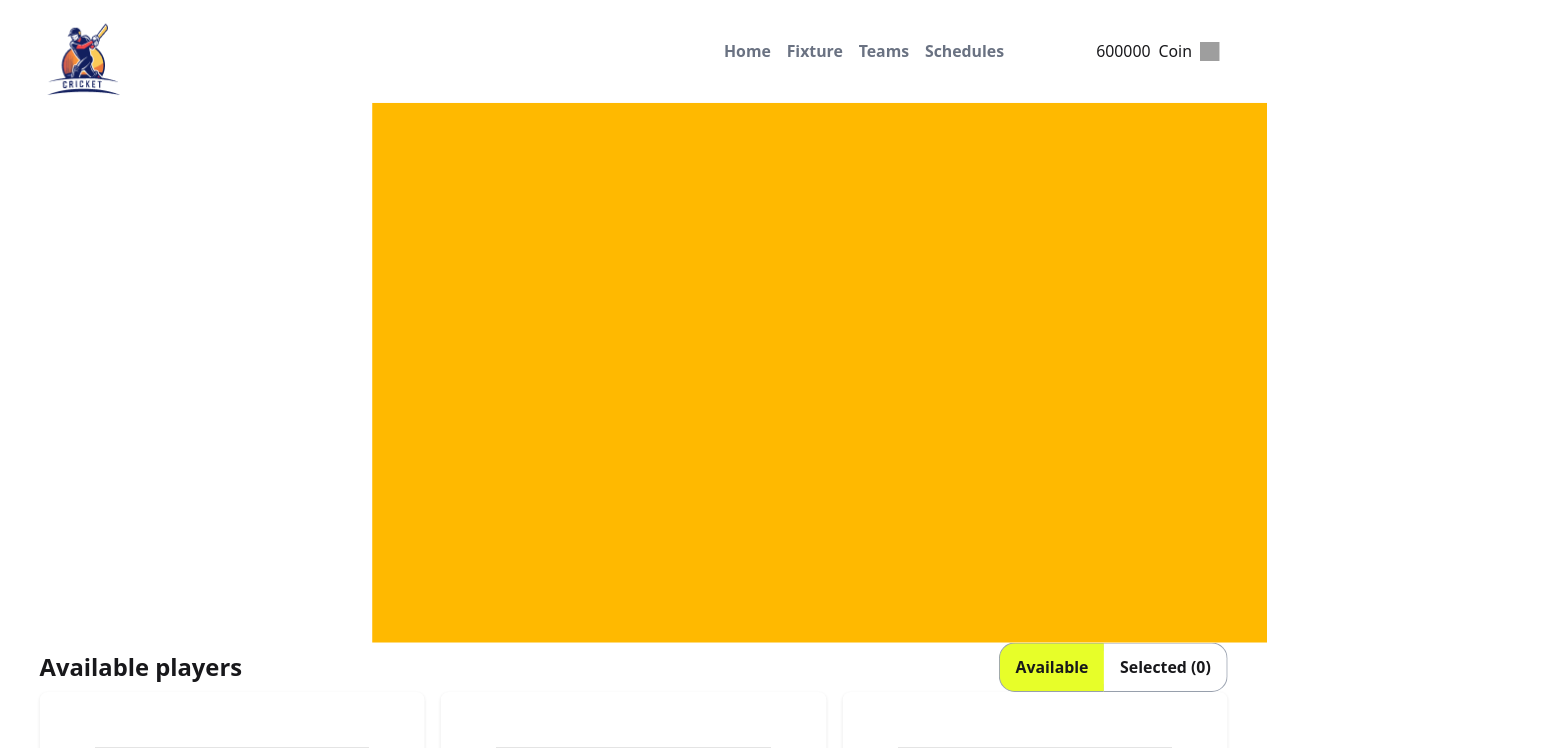
Repository: SanjidaSnigdha/Select-your-eleven
Page: /
These files come from the project's save history. The page is drawn as it stood at one moment and after the next save; the edit follows.
The browser window is 1280 px wide. The page is 1280 px wide, then 1576 px, so the pictures cover 1576 px, including what lies to the right of the window. The pictures show the part of the page from y = 0 to 756 px (the page is 3075 px tall), at 99% of full size.
Pictures or frames that could not be fetched are drawn as grey boxes. The project was rebuilt for these pictures with package versions that can differ from the ones it lists, and the page was loaded fresh each time. Also part of the build but not shown: vite.config.js, src/App.css, src/components/SelectedCard/SelectedCard.jsx, src/components/SelectedPlayers/SelectedPlayers.jsx.

Above is the page before, as saved 2026-03-21 23:22:46.

### index.html
<!doctype html>
<html lang="en" style="color-scheme: light;">
  <head>
    <meta charset="UTF-8" />
    <link rel="icon" type="image/svg+xml" href="/favicon.svg" />
    <meta name="viewport" content="width=device-width, initial-scale=1.0" />
    <title>select-your-eleven</title>
  </head>
  <body>
    <div id="root"></div>
    <script type="module" src="/src/main.jsx"></script>
  </body>
</html>

### src/index.css
 @import "tailwindcss";
 @plugin "daisyui" {
  themes: light --default, dark --prefersdark;
  themes: light --default;
 }

### src/App.jsx

import './App.css'
import { ToastContainer } from 'react-toastify';

import AvailablePlayers from './components/AvailablePlayers/AvailablePlayers'
import SelectedPlayers from './components/SelectedPlayers/SelectedPlayers'
import Navbar from './components/Navbar/Navbar'
import { Suspense, useState } from 'react'
import Banner from './components/Banner/Banner';

const fetchPlayers = async () =>{
  const res = await fetch("/players.json")
  return res.json()
}
const playersPromise = fetchPlayers()


function App() {
  const [toggle,setToggle] = useState(true)
  const [availableBalance,setAvailableBalance] = useState(600000)
  const [purchasedPlayers,setPurchasedPlayers] = useState([])
  const removePlayer = (p) =>{
    const filteredData = purchasedPlayers.filter(ply=> ply.player_name!==p.player_name)
    console.log(filteredData)
    setPurchasedPlayers(filteredData)
    setAvailableBalance(availableBalance+parseInt(p.price.split("USD").join("").
                split(",").join("")))

  }

  return (
    <>
   <Navbar availableBalance={availableBalance}></Navbar>
   <Banner></Banner>
   <div className='max-w-[1200px] mx-auto flex justify-between items-center'>
    <h1 className='font-bold text-2xl'>{
    toggle===true?"Available players":`Selected players(${purchasedPlayers.length}/6)`}</h1>
    <div className='font-bold'>
      <button onClick={()=>setToggle(true)} className={`py-3 px-4 border-1 border-gray-400 rounded-l-2xl border-r-0 ${toggle===true?"bg-[#E7FE29]":""}`}>Available</button>
      <button onClick={()=>setToggle(false)} className={`py-3 px-4 border-1 border-gray-400 rounded-r-2xl border-l-0 ${toggle===false?"bg-[#E7FE29]":""}`}>Selected <span>({purchasedPlayers.length})</span></button>
    </div>

   </div>

     {
      toggle === true?<Suspense fallback={<span className="loading loading-spinner loading-xl"></span>
}>
    <AvailablePlayers purchasedPlayers={purchasedPlayers} setPurchasedPlayers={setPurchasedPlayers} availableBalance={availableBalance} setAvailableBalance={setAvailableBalance} playersPromise={playersPromise}></AvailablePlayers>
</Suspense>:<SelectedPlayers removePlayer={removePlayer} purchasedPlayers={purchasedPlayers} setToggle={setToggle}></SelectedPlayers>

     }



      <ToastContainer></ToastContainer>

    </>
  )
}

export default App

### src/components/AvailablePlayers/AvailablePlayers.jsx
import React, { use } from 'react';

import PlayerCard from '../PlayerCard/PlayerCard';

const AvailablePlayers = ({playersPromise,setAvailableBalance,availableBalance,purchasedPlayers,setPurchasedPlayers}) => {
    const playerData = use(playersPromise)
    return (
        <div className='max-w-[1200px] mx-auto grid grid-cols-1 md:grid-cols-3 gap-4'>

            {
              playerData.map(player=><PlayerCard setPurchasedPlayers={setPurchasedPlayers} purchasedPlayers={purchasedPlayers} availableBalance={availableBalance} setAvailableBalance={setAvailableBalance} player={player}></PlayerCard>


              )
            }

        </div>
    );
};

export default AvailablePlayers;

### src/components/Navbar/Navbar.jsx
import React from 'react';
import navImg from "../../assets/logo.png"
import dollarImg from "../../assets/dollar-1.png"

const Navbar = ({availableBalance}) => {
    return (

         <div className="navbar max-w-[1200px] mx-auto">
          <div className="flex-1">
            <a className="text-xl">
              <img className="w-60px h-50px mt-4" src={navImg} alt="" />
           </a>
          </div>
          <div className='flex justify-between items-center text-gray-500 w-60 h-20 font-semibold mr-30 gap-4'>
            <a>Home</a>
            <a>Fixture</a>
            <a>Teams</a>
            <a>Schedules</a>
          </div>
          <div className="flex items-center gap-1 ml-4">
          <span className='mr-1'>{availableBalance}</span>
          <span className='mr-1'>Coin</span>
          <img className="w-5 h-5" src={dollarImg} alt="" />
         </div>
       </div>
    );

};

export default Navbar;

### src/components/Banner/Banner.jsx
import React from 'react';
import bannerImg from '../../assets/banner-main.png'

const Banner = () => {
    return (
        <div className='max-w-[1200px] h-[545px] ml-94 bg-amber-400'>

        </div>
    );
};

export default Banner;

### src/components/PlayerCard/PlayerCard.jsx
import React, { useState } from 'react';
import userImg from "../../assets/man.png"
import flagImg from "../../assets/flag.jpg"
import { toast } from 'react-toastify';

const PlayerCard = ({player,setAvailableBalance,availableBalance,purchasedPlayers,setPurchasedPlayers}) => {
    const [isSelected,setIsSelected] = useState(false)

    const handleSelected = (playerData) =>{
        const playerPrice = parseInt(playerData.price.split("USD").join("").
                split(",").join(""))
                if(availableBalance<playerPrice){
                    toast("Not enough coins!!")
                    return
                }
                if(purchasedPlayers.length===6){
                    toast("6 players already selected")
                    return
                }

         setIsSelected(true)
                setAvailableBalance(availableBalance - playerPrice);
                setPurchasedPlayers([...purchasedPlayers,playerData])


    };
    return (
                        <div className="card bg-base-100 shadow-sm p-4">
         <figure className="px-10 pt-10">
           <img
             src={player.player_image}
             alt="Shoes"
             className='w-full h-[280px] object-cover'
              />
         </figure>
         <div className="mt-4">
           <div className='flex'>
               <img className='w-8 h-8' src={userImg} alt="" /><h2 className='card-title ml-2'>{player.player_name}</h2>
           </div>
           <div className='flex justify-between mt-4 border-b-2 border-gray-400 pb-2'>
       <div className='flex items-center'>
           <img className='w-8 h-8' src={flagImg} alt="" />
           <span className='ml-2'>{player.player_country}</span>
           </div>
           <button className='btn'>{player.playing_role}</button>
           </div>
       <div className='flex justify-between font-bold'>
           <span>{player.rating}</span>

       </div>
       <div className='flex justify-between mt-4'>
           <span className='font-bold'>{player.bating_style}</span>
           <span>{player.bowling_style}</span>
       </div>

           <div className="card-actions mt-3 flex justify-between items-center">
               <p className='font-bold'>${player.price}</p>
             <button disabled={isSelected} onClick={()=>{handleSelected(player)

             }} className="btn">{isSelected===true?"Selected":"Choose player"}</button>
           </div>
         </div>
       </div>
    );
};

export default PlayerCard;

### public/players.json
[
  {
    "player_image": "https://i.ibb.co.com/CKt7DdsZ/shakib-al-hasan-smiling-8olow941lckcha6b.jpg",
    "player_name": "Shakib Al Hasan",
    "player_country": "Bangladesh",
    "playing_role": "All-Rounder",
    "rating": 9.5,
    "bating_style": "Left-hand bat",
    "bowling_style": "Slow left-arm orthodox",
    "price": "75,000 USD"
  },
  {
    "player_image": "https://i.ibb.co.com/WWKnGkNs/Faf-du-Plessis.jpg",
    "player_name": "Faf du Plessis",
    "player_country": "South Africa",
    "playing_role": "Batsman",
    "rating": 9.0,
    "bating_style": "Right-hand bat",
    "bowling_style": "Right-arm medium",
    "price": "70,000 USD"
  },
  {
    "player_image": "https://i.ibb.co.com/XZxnnz3F/Rashid-Khan.jpg",
    "player_name": "Rashid Khan",
    "player_country": "Afghanistan",
    "playing_role": "Bowler",
    "rating": 9.8,
    "bating_style": "Right-hand bat",
    "bowling_style": "Right-arm leg spin",
    "price": "85,000 USD"
  },
  {
    "player_image": "https://i.ibb.co.com/4w5xgSNn/liton-das.jpg",
    "player_name": "Liton Das",
    "player_country": "Bangladesh",
    "playing_role": "Wicketkeeper-Batsman",
    "rating": 8.7,
    "bating_style": "Right-hand bat",
    "bowling_style": "None",
    "price": "60,000 USD"
  },
  {
    "player_image": "https://i.ibb.co.com/391gsfv8/Andre-Russell.jpg",
    "player_name": "Andre Russell",
    "player_country": "West Indies",
    "playing_role": "All-Rounder",
    "rating": 9.6,
    "bating_style": "Right-hand bat",
    "bowling_style": "Right-arm fast",
    "price": "90,000 USD"
  },
  {
    "player_image": "https://i.ibb.co.com/67D8FvCn/Mustafizur-Rahman.webp",
    "player_name": "Mustafizur Rahman",
    "player_country": "Bangladesh",
    "playing_role": "Bowler",
    "rating": 8.9,
    "bating_style": "Left-hand bat",
    "bowling_style": "Left-arm fast-medium",
    "price": "65,000 USD"
  },
  {
    "player_image": "https://i.ibb.co.com/h1wRWkVC/David-Warner.jpg",
    "player_name": "David Warner",
    "player_country": "Australia",
    "playing_role": "Batsman",
    "rating": 9.4,
    "bating_style": "Left-hand bat",
    "bowling_style": "Right-arm leg spin",
    "price": "95,000 USD"
  },
  {
    "player_image": "https://i.ibb.co.com/0VsmTGGY/Sunil-Narine.jpg",
    "player_name": "Sunil Narine",
    "player_country": "West Indies",
    "playing_role": "All-Rounder",
    "rating": 9.2,
    "bating_style": "Left-hand bat",
    "bowling_style": "Right-arm off spin",
    "price": "80,000 USD"
  },
  {
    "player_image": "https://i.ibb.co.com/HpkRbDz3/Babar.png",
    "player_name": "Babar Azam",
    "player_country": "Pakistan",
    "playing_role": "Batsman",
    "rating": 9.3,
    "bating_style": "Right-hand bat",
    "bowling_style": "None",
    "price": "92,000 USD"
  },
  {
    "player_image": "https://i.ibb.co.com/dsk08w2x/Lasith-Malinga1.jpg",
    "player_name": "Lasith Malinga",
    "player_country": "Sri Lanka",
    "playing_role": "Bowler",
    "rating": 9.1,
    "bating_style": "Right-hand bat",
    "bowling_style": "Right-arm fast",
    "price": "78,000 USD"
  },
  {
    "player_image": "https://i.ibb.co.com/s9vHr4tS/Ben-Stokes.png",
    "player_name": "Ben Stokes",
    "player_country": "England",
    "playing_role": "All-Rounder",
    "rating": 9.7,
    "bating_style": "Left-hand bat",
    "bowling_style": "Right-arm fast-medium",
    "price": "100,000 USD"
  },
  {
    "player_image": "https://i.ibb.co.com/gFhPmT1c/Quinton-de-Kock1.jpg",
    "player_name": "Quinton de Kock",
    "player_country": "South Africa",
    "playing_role": "Wicketkeeper-Batsman",
    "rating": 9.0,
    "bating_style": "Left-hand bat",
    "bowling_style": "None",
    "price": "88,000 USD"
  }
]

Loaded but not shown: src/main.jsx (common file)

After the next save:
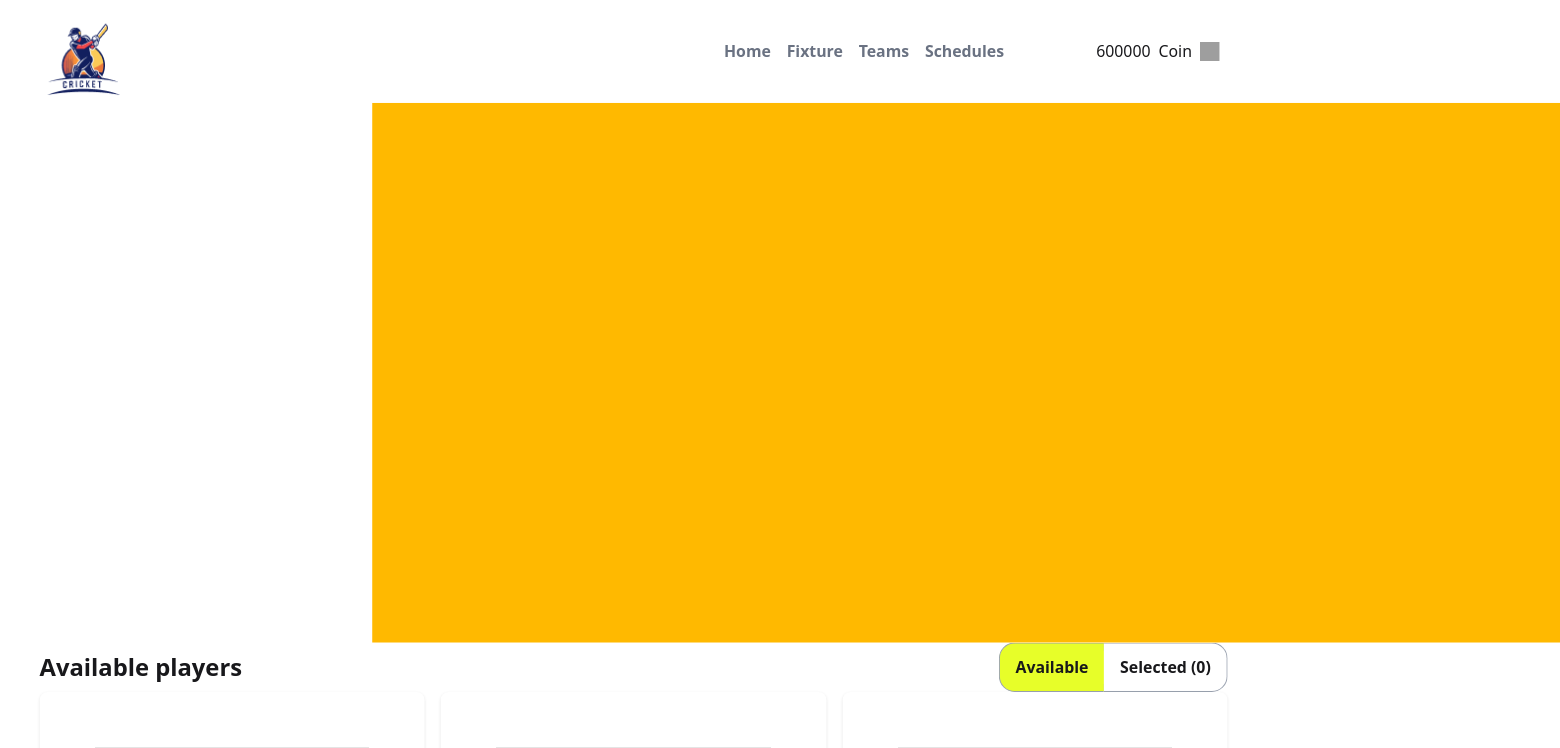
Saved 21 s later.
--- a/src/components/Banner/Banner.jsx
+++ b/src/components/Banner/Banner.jsx
@@ -3,7 +3,7 @@ import bannerImg from '../../assets/banner-main.png'
 
 const Banner = () => {
     return (
-        <div className='max-w-[1200px] h-[545px] ml-94 bg-amber-400'>
+        <div className='w-[1200px] h-[545px] ml-94 bg-amber-400'>
 
         </div>
     );
